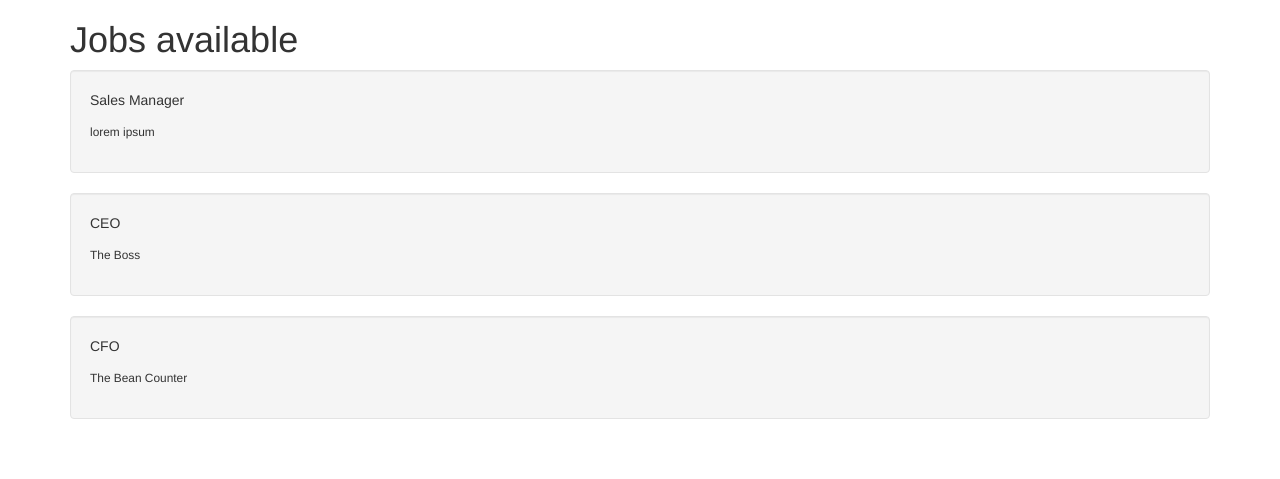
Repository: mturaga/JobsFinderTest
Page: http://localhost/
The author's editor kept a record of every edit. The page is drawn from the files as they stood at one moment, then again after the next edit.
The browser window is 1280 px wide. The pictures show the whole page.
The page is served by the project's Node server (server.js).

Above is the page before.
Console error: SyntaxError: Unexpected token '<'

### index.html
<!DOCTYPE html>
<html>
<meta name='viewport' content='initial-scale=1,maximum-scale=1,user-scalable=no' />
<link rel="stylesheet" type="text/css" href="/bower_components/bootstrap/dist/css/bootstrap.min.css">
<link rel="stylesheet" type="text/css" href="/app/site.css">
<script type="text/javascript" src="/bower_components/angular/angular.js"></script>

<script type="text/javascript" src="/app/app.js"></script>
<script type="text/javascript" src="/app/TestDirective.js"></script>
<script type="text/javascript" src="/app/directives/dropdown.js"></script>

<body>
    <div ng-app="app">
        <div ng-controller="testCtrl" class="container">
            <h1>Jobs available</h1>
            <div ng-repeat="job in jobs">
                <div class="well well-compact">
                    <p>{{job.title}}</p>
                    <small>{{job.description}}</small>
                    <p />
                    <div ng-repeat="n in job.tags" class="badge right-buffer">{{n}}</div>
                </div>
            </div>

            <ng-dropdown label= "Categories" data = "categories" title="foo"></ng-dropdown>

        </div>
        <div class="container">
            <my-test>

            </my-test>

        </div>

    </div>


</body>

</html>

### server.js
var express = require("express");
var app = express();

app.set("views", __dirname)
app.engine('html', require('ejs').renderFile);
app.set("view engine", "html");

app.use(express.static(__dirname + "/public"))

app.get("*", function(req, res){
    res.render("index.html");
});

app.listen(process.env.PORT, process.env.IP);

### public/app/site.css
div.right-buffer { margin-right:5px; }

#map { width:300px; height:300px;  }
body {
    margin: 0;
    padding: 0;
    line-height: 1.5em;
}
b {
    font-size: 110%;
}
em {
    color: red;
}
#topsection {
    background: #EAEAEA;
    height: 90px;
    /*Height of top section*/
}
#topsection h1 {
    margin: 0;
    padding-top: 15px;
}
#contentwrapper {
    float: left;
    width: 100%;
}
#contentcolumn {
    margin: 0 200px 0 230px;
    /*Margins for content column. Should be "0 RightColumnWidth 0 LeftColumnWidth*/
}
#leftcolumn {
    float: left;
    width: 230px;
    /*Width of left column*/
    margin-left: -100%;
    background: #C8FC98;
}
#rightcolumn {
    float: left;
    width: 200px;
    /*Width of right column*/
    margin-left: -200px;
    /*Set left marginto -(RightColumnWidth)*/
    background: #FDE95E;
}
#footer {
    clear: left;
    width: 100%;
    background: black;
    color: #FFF;
    text-align: center;
    padding: 4px 0;
}
#footer a {
    color: #FFFF80;
}
.innertube {
    margin: 10px;
    /*Margins for inner DIV inside each column (to provide padding)*/
    margin-top: 0;
}

### public/app/app.js
angular.module("app", []);

angular.module("app").controller("testCtrl", function($scope) {
    $scope.jobs = [{
        title: "Sales Manager",
        description: "lorem ipsum"
    }, {
        title: "CEO",
        description: "The Boss"
    },{
        title: "CFO",
        description: "The Bean Counter"
    }];
});

Loaded but not shown: public/bower_components/bootstrap/dist/css/bootstrap.min.css (library); public/bower_components/angular/angular.js (library)

After the next edit:
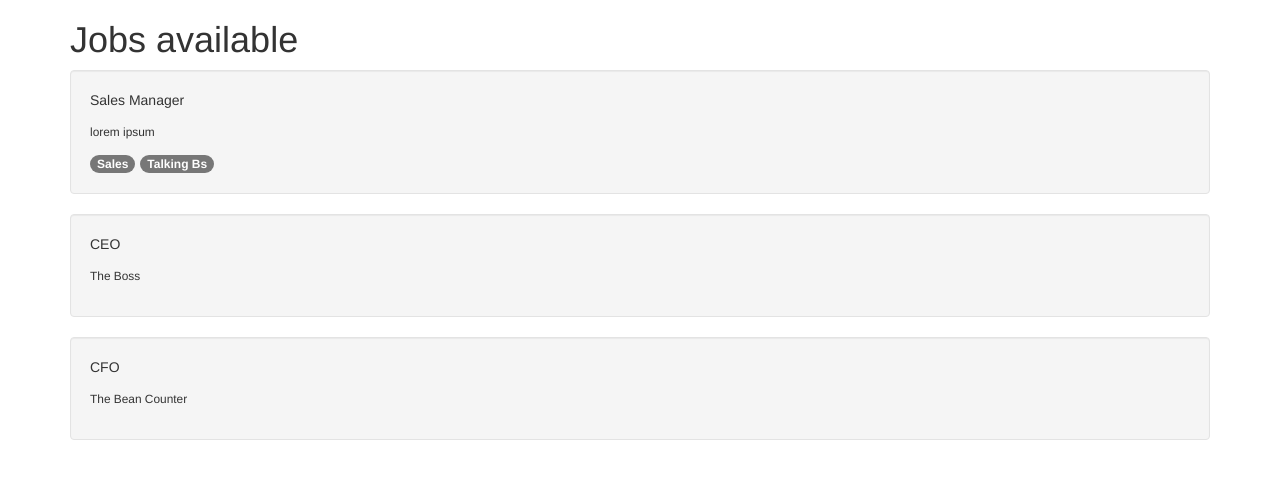
The edit:
--- a/public/app/app.js
+++ b/public/app/app.js
@@ -3,7 +3,8 @@
 angular.module("app").controller("testCtrl", function($scope) {
     $scope.jobs = [{
         title: "Sales Manager",
-        description: "lorem ipsum"
+        description: "lorem ipsum",
+        tags: ["Sales","Talking Bs"]
     }, {
         title: "CEO",
         description: "The Boss"
